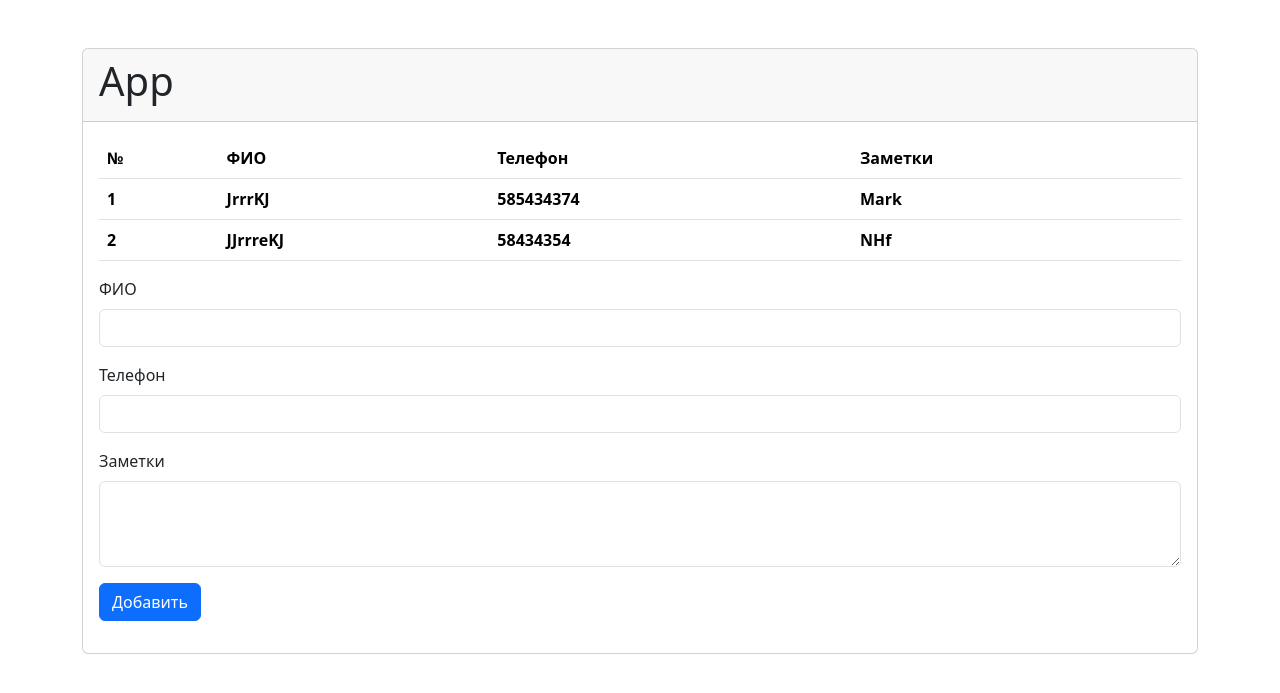
Repository: tatacheba/appstepikjavareact
Page: / (app in client/)
An editor plug-in stored every save of this project. The page is shown before and after the next save, followed by the edit.
The browser window is 1280 px wide. The pictures show the whole page.
The page's requests for data from a server got no answer. The project was rebuilt for these pictures with package versions that can differ from the ones it lists, and the page was loaded fresh each time. No one was signed in, and anything a server would have sent is missing. Also part of the build but not shown: client/src/App.css.

Above is the page before, as saved 2024-12-05 16:27:21.

### client/public/index.html
<!DOCTYPE html>
<html lang="en">
    <head>
        <meta charset="utf-8" />
        <link rel="icon" href="%PUBLIC_URL%/favicon.ico" />
        <meta name="viewport" content="width=device-width, initial-scale=1" />
        <meta name="theme-color" content="#000000" />
        <meta
            name="description"
            content="Web site created using create-react-app"
        />
        <link rel="apple-touch-icon" href="%PUBLIC_URL%/logo192.png" />
        <link
            href="https://cdn.jsdelivr.net/npm/bootstrap@5.3.3/dist/css/bootstrap.min.css"
            rel="stylesheet"
            integrity="sha384-QWTKZyjpPEjISv5WaRU9OFeRpok6YctnYmDr5pNlyT2bRjXh0JMhjY6hW+ALEwIH"
            crossorigin="anonymous"
        />
        <!--
      manifest.json provides metadata used when your web app is installed on a
      user's mobile device or desktop. See https://developers.google.com/web/fundamentals/web-app-manifest/
    -->
        <link rel="manifest" href="%PUBLIC_URL%/manifest.json" />

        <title>App of Stepik</title>
    </head>
    <body>
        <div id="root"></div>
        <script
            src="https://cdn.jsdelivr.net/npm/bootstrap@5.3.3/dist/js/bootstrap.bundle.min.js"
            integrity="sha384-YvpcrYf0tY3lHB60NNkmXc5s9fDVZLESaAA55NDzOxhy9GkcIdslK1eN7N6jIeHz"
            crossorigin="anonymous"
        ></script>
    </body>
</html>

### client/src/index.js
import React from "react";
import ReactDOM from "react-dom/client";
import "./index.css";
import App from "./App";
import "bootstrap/dist/css/bootstrap.min.css";
import "bootstrap/dist/js/bootstrap.bundle.min.js";

const root = ReactDOM.createRoot(document.getElementById("root"));
root.render(
    <React.StrictMode>
        <App />
    </React.StrictMode>
);

### client/src/App.js
import "./App.css";
import TablewView from "./layouts/tableView/TablewView";
import { useEffect, useState } from "react";
import FormNewItem from "./layouts/formNewItem/FormNewItem";
import axios from "axios";

function App() {
    useEffect(() => {
        axios.get("http://localhost:3000/contacts").then((res) => {
            const data = [];
            res.data._embedded.contacts.forEach((item) =>
                data.push({
                    fullName: item.fullName,
                    phone: item.phone,
                    notes: item.notes,
                })
            );
            setItems(data);
        });
    }, []);

    const [items, setItems] = useState([
        { id: 1, fullName: "JrrrKJ", phone: 585434374, notes: "Mark" },
        { id: 2, fullName: "JJrrreKJ", phone: 58434354, notes: "NHf" },
    ]);

    const appendContact = (fullName, phone, notes) => {
        const id = items.length ? items[items.length - 1].id + 1 : 1;
        const contact = {
            id: id,
            fullName: fullName,
            phone: phone,
            notes: notes,
        };
        setItems([...items, contact]);
    };
    const removeContact = (id) => {
        setItems(items.filter((item) => item.id !== id));
    };
    return (
        <div className="container mt-5">
            <div className=" card">
                <div className="card-header">
                    <h1>App</h1>
                </div>
                <div className="card-body">
                    <TablewView data={items} removeContact={removeContact} />
                    <FormNewItem appContact={appendContact} />
                </div>
            </div>
        </div>
    );
}

export default App;

### client/src/layouts/tableView/TablewView.js
import React from "react";
import TableRowItem from "./components/TableRowItem";
import { v4 as uuidv4 } from "uuid";

const TablewView = (props) => {
    return (
        <table className="table table-hover">
            <thead>
                <tr>
                    <th scope="col">№</th>
                    <th scope="col">ФИО</th>
                    <th scope="col">Телефон</th>
                    <th scope="col">Заметки</th>
                </tr>
            </thead>
            <tbody>
                {props.data.map((item) => (
                    <TableRowItem
                        key={uuidv4()}
                        contact={item}
                        removeContact={props.removeContact}
                    />
                ))}
            </tbody>
        </table>
    );
};
export default TablewView;

### client/src/layouts/formNewItem/FormNewItem.js
import React from "react";
import { useState } from "react";

function FormNewItem(props) {
    const [fullName, setFullName] = useState("");
    const [phone, setPhone] = useState("");
    const [notes, setNotes] = useState("");

    const submit = () => {
        if (!fullName || !phone || !notes) {
            return;
        }
        props.appContact(fullName, phone, notes);
        setFullName("");
        setPhone("");
        setNotes("");
    };

    return (
        <div className="mb-3">
            <form>
                <label className="form-label">ФИО</label>
                <div className="mb-3 ">
                    <input
                        type="text"
                        className="form-control"
                        value={fullName}
                        onChange={(e) => {
                            setFullName(e.target.value);
                        }}
                    />
                </div>
                <label className="form-label">Телефон</label>
                <div className="mb-3">
                    <input
                        type="tel"
                        className="form-control"
                        value={phone}
                        onChange={(e) => {
                            setPhone(e.target.value);
                        }}
                    />
                </div>
                <label className="form-label">Заметки</label>
                <div className="mb-3">
                    <textarea
                        type="textarea"
                        className="form-control"
                        value={notes}
                        rows={3}
                        onChange={(e) => {
                            setNotes(e.target.value);
                        }}
                    />
                </div>
                <button
                    className="btn btn-primary"
                    type="button"
                    onClick={submit}
                >
                    Добавить
                </button>
            </form>
        </div>
    );
}

export default FormNewItem;

### client/src/layouts/tableView/components/TableRowItem.js
import React from "react";

const TableRowItem = (props) => {
    const removeRow = () => props.removeContact(props.contact.id);
    return (
        <tr onClick={removeRow}>
            <th scope="row">{props.contact.id}</th>
            <th>{props.contact.fullName}</th>
            <th>{props.contact.phone}</th>
            <th>{props.contact.notes}</th>
        </tr>
    );
};

export default TableRowItem;

Loaded but not shown: client/src/index.css (common file)

After the next save:
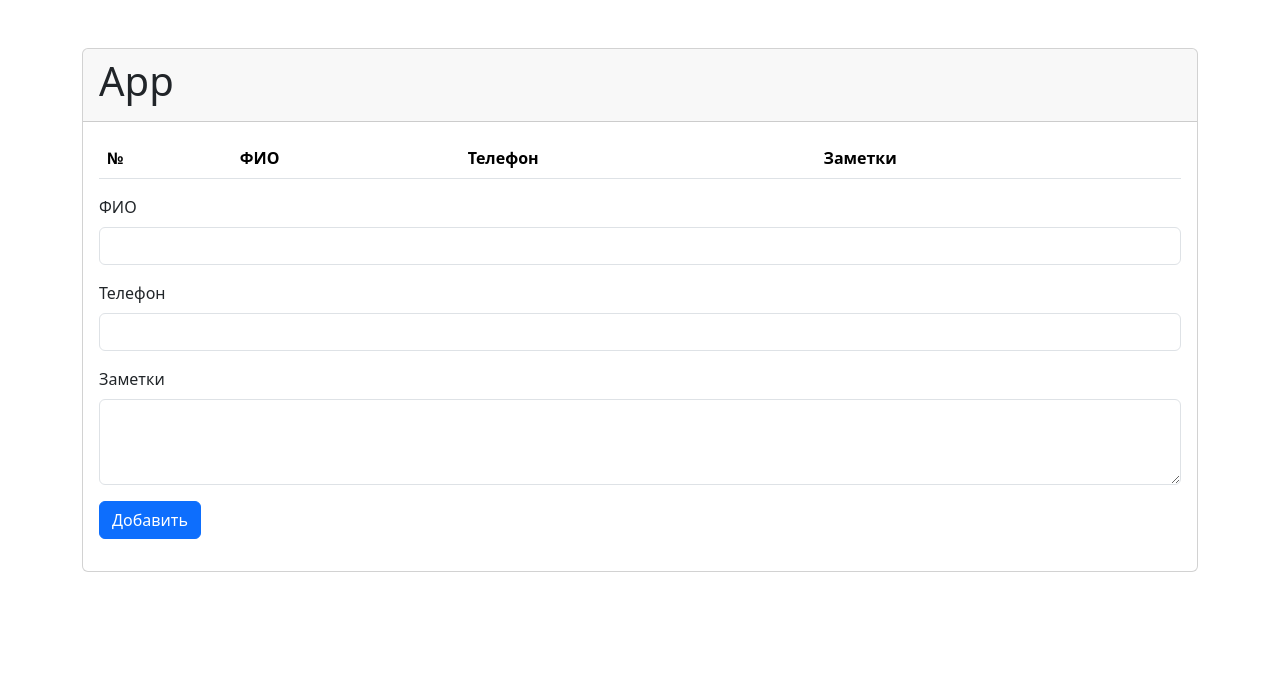
Saved 23 s later.
--- a/client/src/App.js
+++ b/client/src/App.js
@@ -5,6 +5,7 @@ import FormNewItem from "./layouts/formNewItem/FormNewItem";
 import axios from "axios";
 
 function App() {
+    const [items, setItems] = useState([]);
     useEffect(() => {
         axios.get("http://localhost:3000/contacts").then((res) => {
             const data = [];
@@ -18,11 +19,6 @@ function App() {
             setItems(data);
         });
     }, []);
-
-    const [items, setItems] = useState([
-        { id: 1, fullName: "JrrrKJ", phone: 585434374, notes: "Mark" },
-        { id: 2, fullName: "JJrrreKJ", phone: 58434354, notes: "NHf" },
-    ]);
 
     const appendContact = (fullName, phone, notes) => {
         const id = items.length ? items[items.length - 1].id + 1 : 1;
